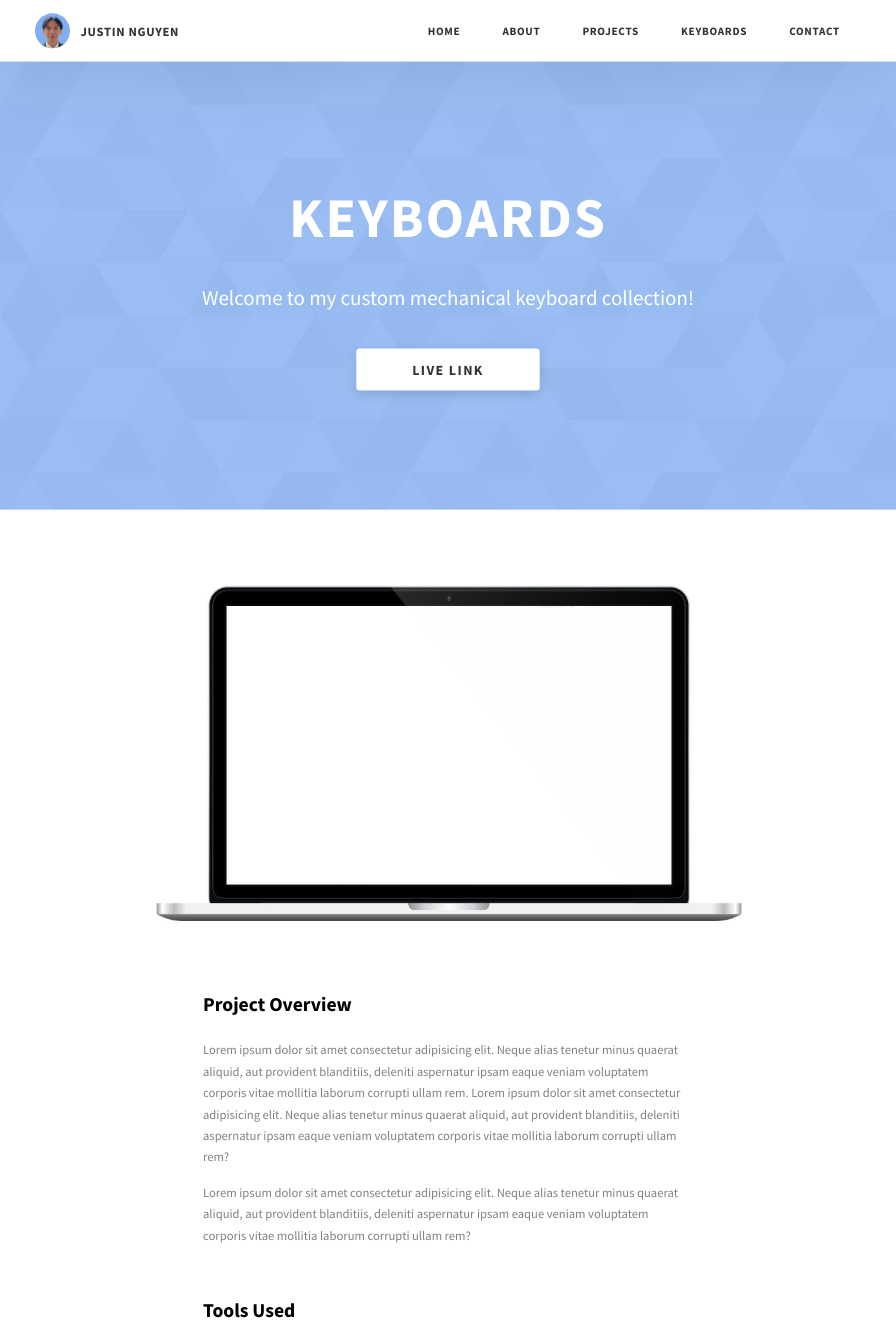
Repository: justinknguyen/Personal-Portfolio
Page: keyboards.html
An editor plug-in stored every save of this project. The page is shown before and after the next save, followed by the edit.
The browser window is 1280 px wide. The pictures show the part of the page from y = 0 to 1920 px (the page is 2776 px tall before and 2848 px after), at 70% of full size.
The style sheet was rebuilt from its Sass, Less or Tailwind sources for each picture, by a compiler version that may differ from the author's.

Above is the page before, as saved 2022-09-10 16:51:19.
Console error: TypeError: Cannot read properties of undefined (reading 'style')

### keyboards.html
<!DOCTYPE html>
<html lang="en">
  <head>
    <meta charset="UTF-8" />
    <meta name="viewport" content="width=device-width, initial-scale=1.0" />
    <meta http-equiv="X-UA-Compatible" content="ie=edge" />
    <title>Keyboards</title>
    <meta name="description" content="Case study page of Project" />

    <link rel="stylesheet" href="css/style.css" />

    <link rel="preconnect" href="https://fonts.googleapis.com" />
    <link rel="preconnect" href="https://fonts.gstatic.com" crossorigin />
    <link
      href="https://fonts.googleapis.com/css2?family=Source+Sans+Pro:wght@400;600;700;900&display=swap"
      rel="stylesheet"
    />
  </head>
  <body>

    <!-- **** Header of Homepage **** -->
    <header class="header">
      <div class="header__content">
        <div class="header__logo-container">
          <div class="header__logo-img-cont">
            <img
              src="./assets/png/justin.png"
              alt="Ram Maheshwari Logo Image"
              class="header__logo-img"
            />
          </div>
          <span class="header__logo-sub">Justin Nguyen</span>
        </div>
        <div class="header__main">
          <ul class="header__links">
            <li class="header__link-wrapper">
              <a href="./index.html" class="header__link"> Home </a>
            </li>
            <li class="header__link-wrapper">
              <a href="./index.html#about" class="header__link">About </a>
            </li>
            <li class="header__link-wrapper">
              <a href="./index.html#projects" class="header__link">
                Projects
              </a>
            </li>
            <li class="header__link-wrapper">
              <a
                href="./keyboards.html"
                class="header__link"
                >Keyboards</a
              >
            </li>
            <li class="header__link-wrapper">
              <a href="./index.html#contact" class="header__link"> Contact </a>
            </li>
          </ul>
          <div class="header__main-ham-menu-cont">
            <img
              src="./assets/svg/ham-menu.svg"
              alt="hamburger menu"
              class="header__main-ham-menu"
            />
            <img
              src="./assets/svg/ham-menu-close.svg"
              alt="hamburger menu close"
              class="header__main-ham-menu-close d-none"
            />
          </div>
        </div>
      </div>
      <div class="header__sm-menu">
        <div class="header__sm-menu-content">
          <ul class="header__sm-menu-links">
            <li class="header__sm-menu-link">
              <a href="./index.html"> Home </a>
            </li>

            <li class="header__sm-menu-link">
              <a href="./index.html#about"> About </a>
            </li>

            <li class="header__sm-menu-link">
              <a href="./index.html#projects"> Projects </a>
            </li>

            <li class="header__sm-menu-link">
              <a
                href="./keyboards.html"
                >Keyboards</a
              >
            </li>

            <li class="header__sm-menu-link">
              <a href="./index.html#contact"> Contact </a>
            </li>
          </ul>
        </div>
      </div>
    </header>
    <!-- END Header -->


    <!-- **** Hero Section of Homepage **** -->
    <section class="project-cs-hero">
      <div class="project-cs-hero__content">
        <h1 class="heading-primary">Keyboards</h1>
        <div class="project-cs-hero__info">
          <p class="text-primary">
            Welcome to my custom mechanical keyboard collection!
          </p>
        </div>
        <div class="project-cs-hero__cta">
          <a href="#" class="btn btn--bg" target="_blank">Live Link</a>
        </div>
      </div>
    </section>
    <!-- /END Hero Section -->


    <!-- **** Projects Section of Homepage **** -->
    <section class="project-details">
      <div class="main-container">
        <div class="project-details__content">
          <div class="project-details__showcase-img-cont">
            <img
              src="./assets/jpeg/project-mockup-example.jpeg"
              alt="Project Image"
              class="project-details__showcase-img"
            />
          </div>
          <div class="project-details__content-main">
            <div class="project-details__desc">
              <h3 class="project-details__content-title">Project Overview</h3>
              <p class="project-details__desc-para">
                Lorem ipsum dolor sit amet consectetur adipisicing elit. Neque
                alias tenetur minus quaerat aliquid, aut provident blanditiis,
                deleniti aspernatur ipsam eaque veniam voluptatem corporis vitae
                mollitia laborum corrupti ullam rem. Lorem ipsum dolor sit amet
                consectetur adipisicing elit. Neque alias tenetur minus quaerat
                aliquid, aut provident blanditiis, deleniti aspernatur ipsam
                eaque veniam voluptatem corporis vitae mollitia laborum corrupti
                ullam rem?
              </p>
              <p class="project-details__desc-para">
                Lorem ipsum dolor sit amet consectetur adipisicing elit. Neque
                alias tenetur minus quaerat aliquid, aut provident blanditiis,
                deleniti aspernatur ipsam eaque veniam voluptatem corporis vitae
                mollitia laborum corrupti ullam rem?
              </p>
            </div>
            <div class="project-details__tools-used">
              <h3 class="project-details__content-title">Tools Used</h3>
              <div class="skills">
                <div class="skills__skill">HTML</div>
                <div class="skills__skill">CSS</div>
                <div class="skills__skill">JavaScript</div>
                <div class="skills__skill">React</div>
                <div class="skills__skill">SASS</div>
                <div class="skills__skill">GIT</div>
                <div class="skills__skill">Shopify</div>
                <div class="skills__skill">Wordpress</div>
                <div class="skills__skill">Google ADS</div>
                <div class="skills__skill">Facebook Ads</div>
                <div class="skills__skill">Android</div>
                <div class="skills__skill">IOS</div>
              </div>
            </div>
            <div class="project-details__links">
              <h3 class="project-details__content-title">See Live</h3>
              <a
                href="#"
                class="btn btn--med btn--theme project-details__links-btn"
                target="_blank"
                >Live Link</a
              >
              <a
                href="#"
                class="btn btn--med btn--theme-inv project-details__links-btn"
                target="_blank"
                >Code Link</a
              >
            </div>
          </div>
        </div>
      </div>
    </section>
    <!-- END Projects Section -->


    <!-- **** Footer Section **** -->
    <footer class="main-footer">
      <div class="main-container">
        <div class="main-footer__upper">
          <div class="main-footer__row main-footer__row-1">
            <h2 class="heading heading-sm main-footer__heading-sm">
              <span>Social</span>
            </h2>
            <div class="main-footer__social-cont">
              <a target="_blank" rel="noreferrer" href="https://www.linkedin.com/in/justin-nguyen-194339184">
                <img
                  class="main-footer__icon"
                  src="./assets/png/linkedin-ico.png"
                  alt="icon"
                />
              </a>
              <a target="_blank" rel="noreferrer" href="https://github.com/justinknguyen">
                <img
                  class="main-footer__icon main-footer__icon--mr-none"
                  src="./assets/png/github-ico2.png"
                  alt="icon"
                />
              </a>
            </div>
          </div>
          <div class="main-footer__row main-footer__row-2">
            <h4 class="heading heading-sm text-lt">Justin Nguyen</h4>
            <p class="main-footer__short-desc">
              M.Eng Software Engineering student with a background in Electrical Engineering. Always willing
              to learn and improve my skillset.
            </p>
            <p class="main-footer__short-desc">
              This website is hosted on my Raspberry Pi 4 Model B. You can view the steps
                I've gone through on my
                <u><a rel="noreferrer" href="https://github.com/justinknguyen/PiGuide" target="_blank">
                  Github repo</a></u>
                along with guides for many other applications!
            </p>
          </div>
        </div>

        <!-- If you give me some credit or shoutout here by linking to my website, then it will be a big thing for me and will help me a lot :) -->
        <div class="main-footer__lower">
          &copy; Copyright 2022. Made by
          <a rel="noreferrer" target="_blank" href="https://rammaheshwari.com"
            >Ram Maheshwari</a
          > modified by
          <a rel="noreferrer" target="_blank" href="https://justinknguyen.ca"
            >Justin Nguyen</a
          >.
        </div>
      </div>
    </footer>
    <!-- END Footer Section -->


    <script src="./index.js"></script>
  </body>
</html>

Loaded but not shown: index.js (68 lines, source omitted); css/style.css (919 lines, source omitted)

After the next save:
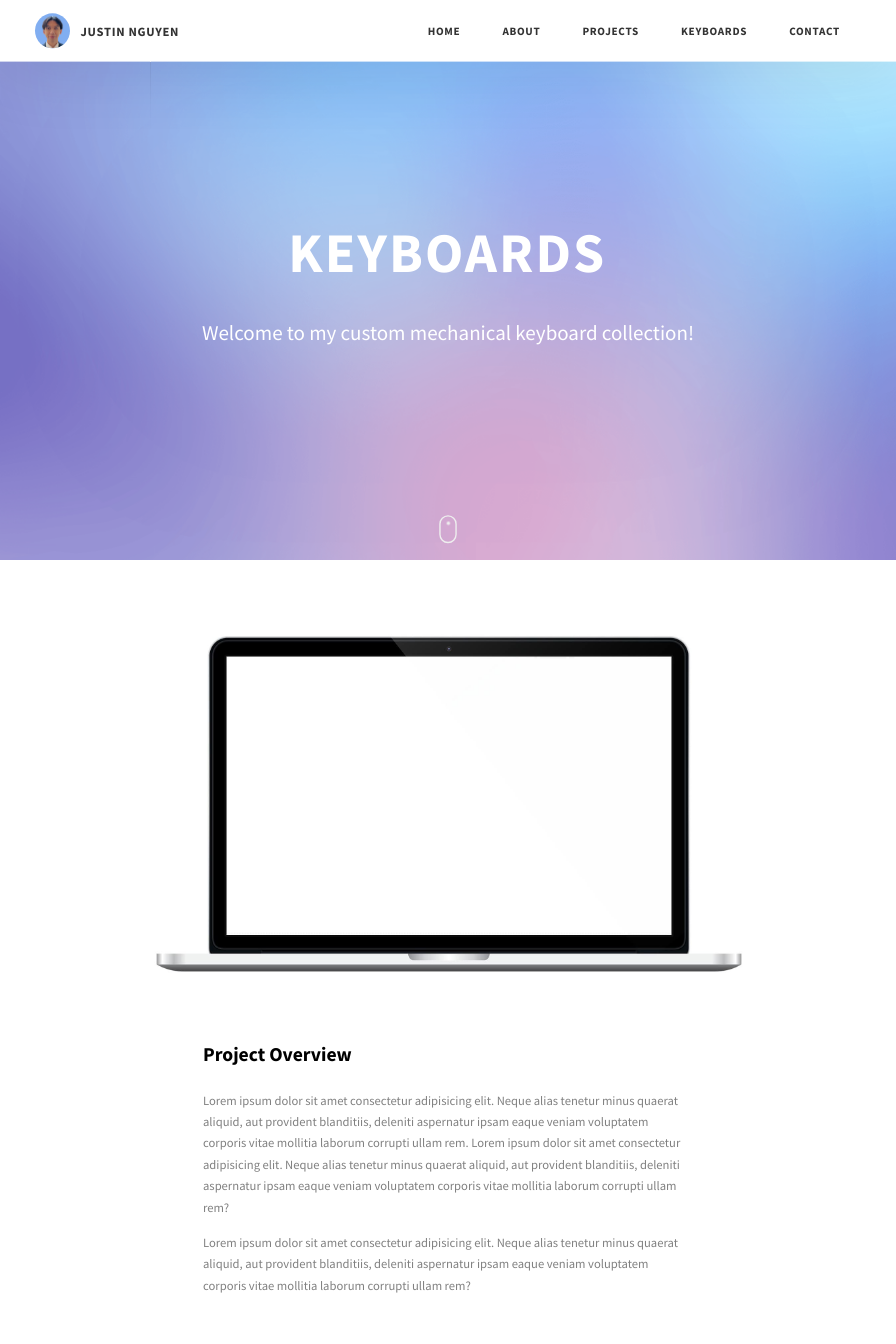
Saved 2 min 45 s later.
--- a/keyboards.html
+++ b/keyboards.html
@@ -102,17 +102,21 @@
 
 
     <!-- **** Hero Section of Homepage **** -->
-    <section class="project-cs-hero">
-      <div class="project-cs-hero__content">
-        <h1 class="heading-primary">Keyboards</h1>
-        <div class="project-cs-hero__info">
+    <section class="home-hero">
+      <div class="home-hero__content">
+        <div class="container">
+          <div class="typed-out">
+            <h1 class="heading-primary">Keyboards</h1>
+          </div>
+        </div>
+        <div class="home-hero__info">
           <p class="text-primary">
             Welcome to my custom mechanical keyboard collection!
           </p>
         </div>
-        <div class="project-cs-hero__cta">
-          <a href="#" class="btn btn--bg" target="_blank">Live Link</a>
-        </div>
+      </div>
+      <div class="home-hero__mouse-scroll-cont">
+        <div class="mouse"></div>
       </div>
     </section>
     <!-- /END Hero Section -->
